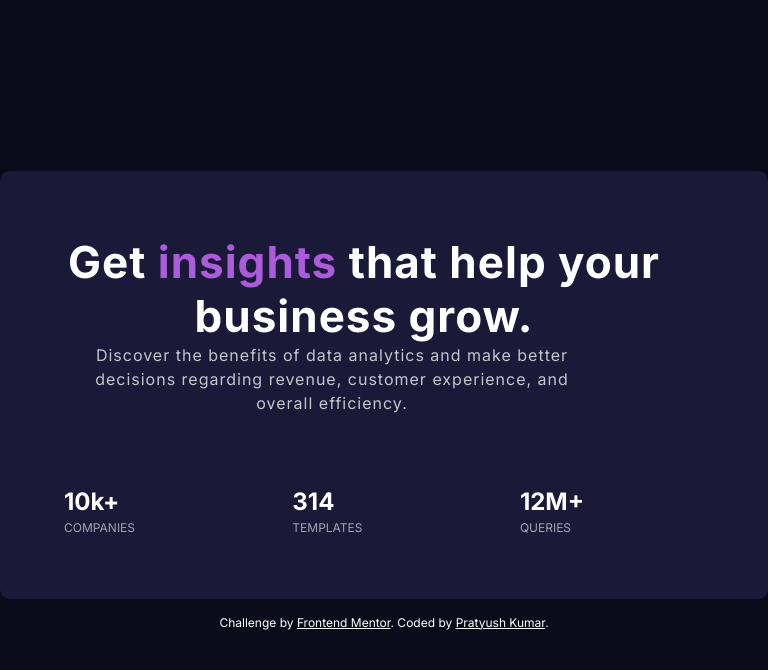
Repository: PratypartyY2K/frontendmentor-challenges
Page: stats-preview-card-component-main/index.html
These files come from the project's save history. The page is drawn as it stood at one moment and after the next save; the edit follows.
The browser window is 768 px wide. The pictures show the whole page.

Above is the page before, as saved 2021-07-14 01:54:36.

### stats-preview-card-component-main/index.html
<!DOCTYPE html>
<html lang="en">

<head>
  <meta charset="UTF-8">
  <meta name="viewport" content="width=device-width, initial-scale=1.0">
  <!-- displays site properly based on user's device -->

  <link rel="icon" type="image/png" sizes="32x32" href="./images/favicon-32x32.png">
  <!--font families-->
  <link rel="preconnect" href="https://fonts.googleapis.com">
  <link rel="preconnect" href="https://fonts.gstatic.com" crossorigin>
  <link href="https://fonts.googleapis.com/css2?family=Inter:wght@400;700&display=swap" rel="stylesheet">
  <link rel="stylesheet" href="style.css">



  <title>Frontend Mentor | Stats preview card component</title>

</head>

<body>
  <div class="card-wrapper">
    <div class="card">
      <div class="heading">
        Get <span class="active">insights</span> that help your business grow.
      </div>
      <div class="card-content">
        Discover the benefits of data analytics and make better decisions regarding revenue, customer
        experience, and overall efficiency.
      </div>
      <div class="stats">
        <div>
          <h3>10k+</h3>
          companies
        </div>
        <div>
          <h3>314</h3>
          templates
        </div>
        <div>
          <h3>12M+</h3>
          queries
        </div>
      </div>
    </div>
    <div class="img-container">
      <div class="overlay">
      </div>
    </div>
  </div>
  <div class="attribution">
    Challenge by <a href="https://www.frontendmentor.io?ref=challenge" target="_blank">Frontend Mentor</a>.
    Coded by <a href="#">Pratyush Kumar</a>.
  </div>
</body>

</html>

### stats-preview-card-component-main/style.css
* {
    box-sizing: border-box;
}

body {
    background-color: hsl(233, 47%, 7%);
    margin: 0;
    display: flex;
    flex-direction: column;
    justify-content: center;
    align-items: center;
    min-height: 100vh;
    font-family: 'Inter', sans-serif;
}

.card-wrapper {
    background-color: hsl(244, 38%, 16%);
    display: flex;
    justify-content: center;
    border-radius: 10px;
    overflow: hidden;
}

.card {
    padding: 4rem 6.5rem 4rem 4rem;
}

.heading {
    font-size: 2.75rem;
    color: hsl(0, 0%, 100%);
    padding: 1rem 0;
    font-weight: 700;
    letter-spacing: 1px;
}

.heading .active {
    color: hsl(277, 64%, 61%);
}

.card-content {
    color: hsla(0, 0%, 100%, 0.75);
    font-size: 1rem;
    line-height: 1.5rem;
    padding-right: 4rem;
    letter-spacing: 1px;
}

.stats {
    display: flex;
    justify-content: space-between;
    padding-top: 4.5rem;
    padding-right: 5rem;
}

.stats > div {
    display: flex;
    flex-direction: column;
    align-items: baseline;
}

.stats > div {
    color: hsla(0, 0%, 100%, 0.6);
    text-transform: uppercase;

    font-size: 0.75rem;
}

h3 {
    margin: 0;
    color: white;
    font-weight: 700;
    font-size: 1.5rem;
    margin-bottom: 0.25rem;
    text-transform: none;
}

.img-container {
    background-image: url(images/image-header-desktop.jpg);
    width: 100%;
    background-repeat: no-repeat;
    background-size: cover;
}

.overlay {
    background-color: blueviolet;
    height: 100%;
    mix-blend-mode:multiply;
}

.attribution { font-size: 0.75rem; text-align: center; color: white; margin-top: 1rem;}
.attribution a { color: hsl(228, 45%, 44%); color: white;}

@media only screen and (max-width: 768px) {
    .card-wrapper {
        flex-direction: column-reverse;
        align-items: baseline;
        text-align: center;
        font-size: 1rem;
    }

    .heading {
        padding: 0rem;
    }
    .img-container {
        width: 200px;
    }
}

After the next save:
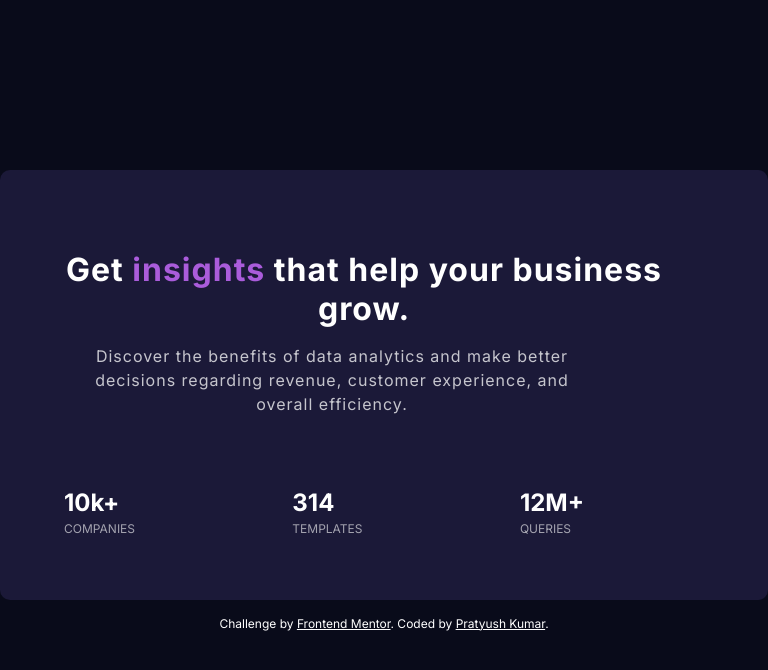
Saved 60 s later.
--- a/stats-preview-card-component-main/style.css
+++ b/stats-preview-card-component-main/style.css
@@ -99,9 +99,10 @@ h3 {
     }
 
     .heading {
-        padding: 0rem;
-    }
-    .img-container {
-        width: 200px;
+        font-size: 2rem;
+        color: hsl(0, 0%, 100%);
+        padding: 1rem 0;
+        font-weight: 700;
+        letter-spacing: 1px;
     }
 }
